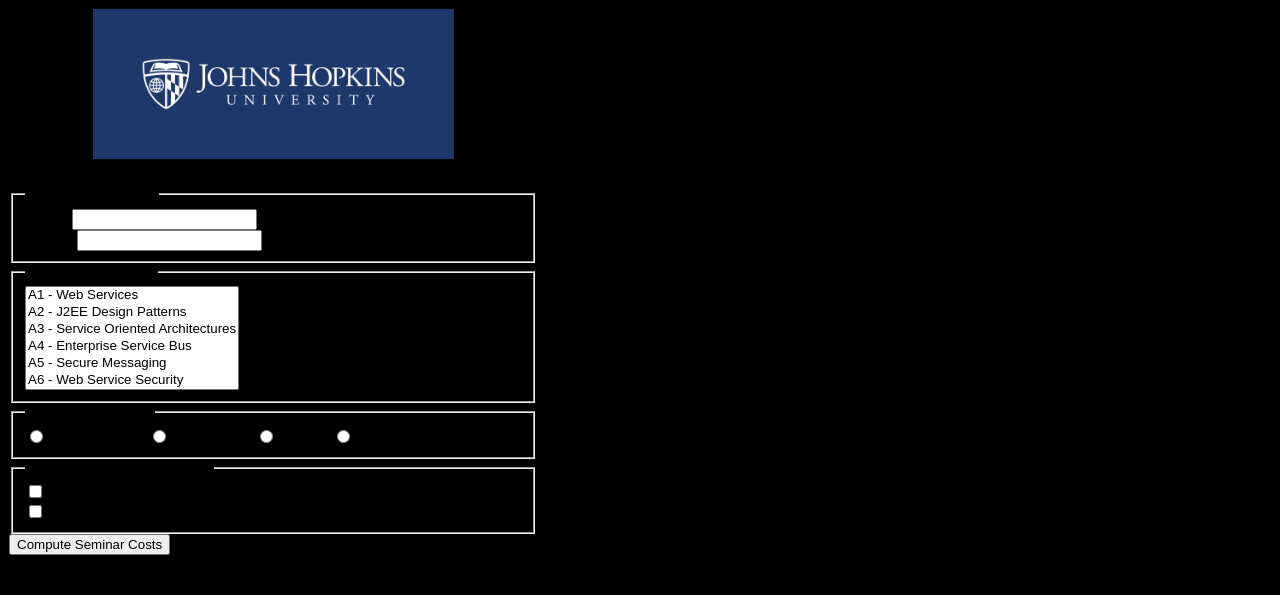
Repository: justinjwk/eclipse-workspace
Page: http://localhost/Homework2/
An editor plug-in stored every save of this project. The page is shown before and after the next save, followed by the edit.
The browser window is 1280 px wide. The pictures show the whole page.
The page is served by Tomcat 9.

Above is the page before, as saved 2019-06-12 03:08:27.

After the next save:
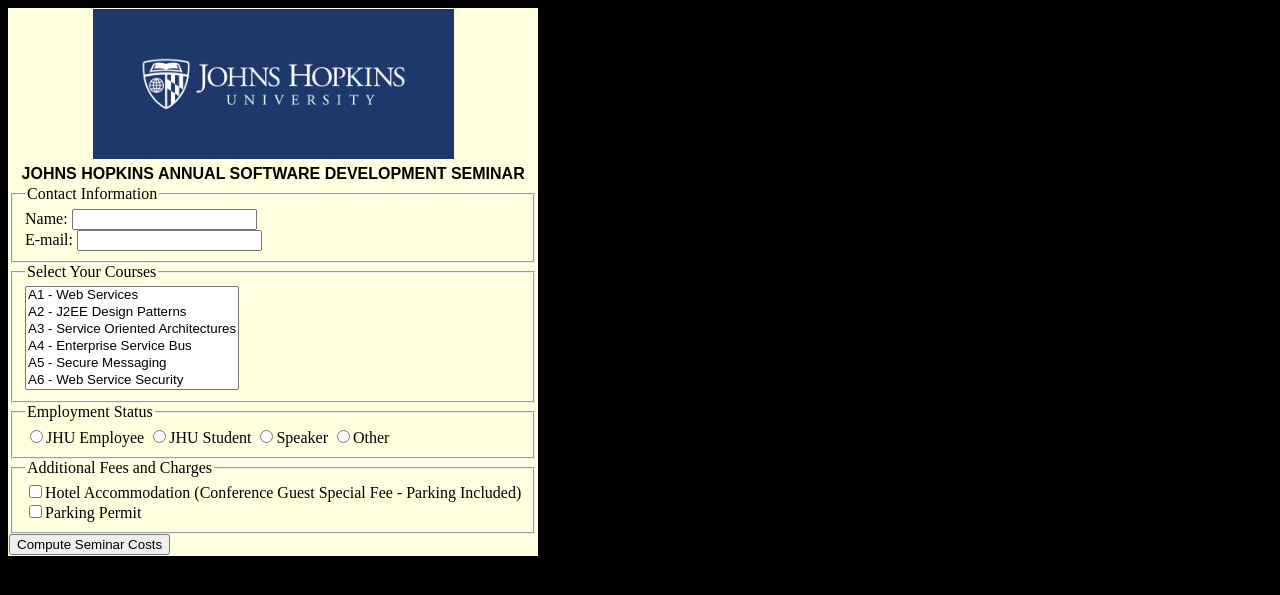
Saved 31 s later.
--- a/Homework2/WebContent/jkim342.css
+++ b/Homework2/WebContent/jkim342.css
@@ -4,7 +4,7 @@
 }
 table {
 	border-collapse: collapse;
-	backgound-color: #FFFFE0;
+	background-color: #FFFFE0;
 }
 
 td {
